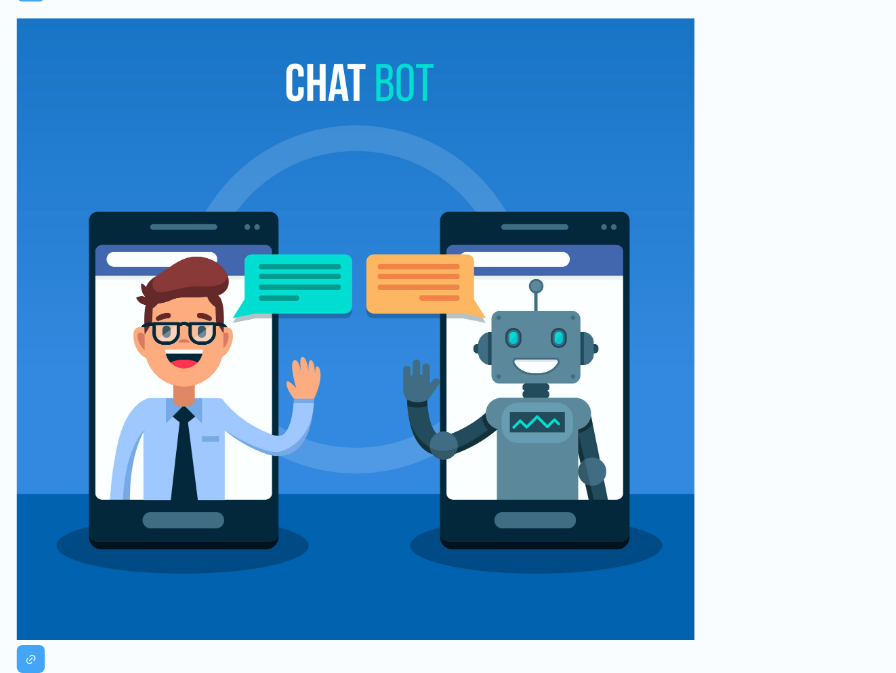
Repository: Kaii-Dev/Porfolio
Page: index.html
The author's editor kept a copy of each file at every save. The page is drawn from the files as they stood at one save, then again after the next save.
The browser window is 1280 px wide. The pictures show the part of the page from y = 3346 to 5266 px (the page is 4307 px tall before and 5266 px after), at 70% of full size.
A picture or video elsewhere on the page could not be fetched, so the positions and the page height are approximate. Some web libraries are served in a nearby version.

Above is the page before, as saved 2022-04-12 16:21:16.

After the next save:
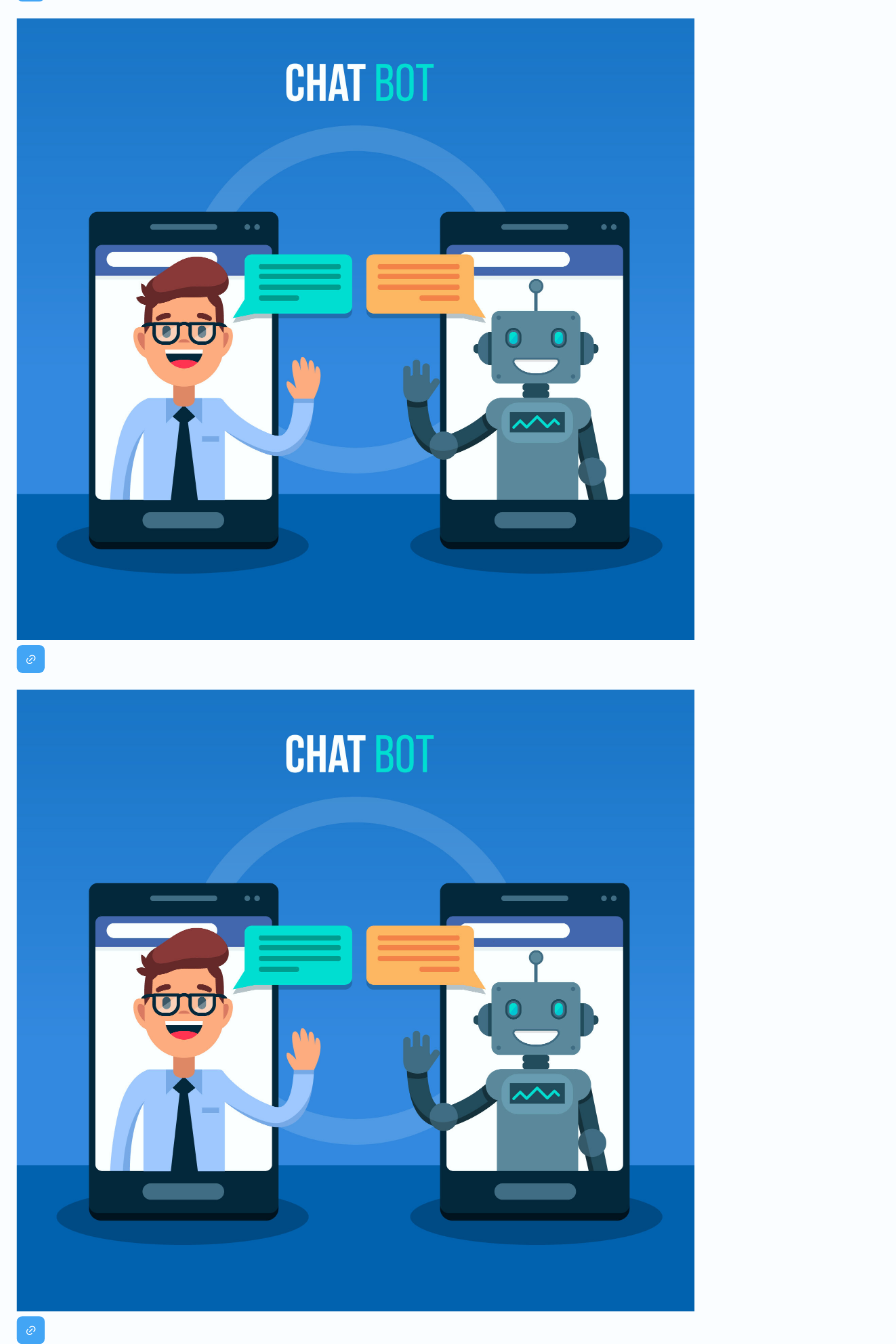
Saved 4 s later.
--- a/index.html
+++ b/index.html
@@ -114,52 +114,63 @@
             <article>
               <img src="./Assets/img/pic1.jpeg" alt="" class="projects__img" />
               <div class="projects__modal">
-                 <div class="">
-                    <span class="projects__subtitle"></span>
-                    <h3 class="projects__title"></h3>
-                    <a href="" class="projects__button button button__small">
-                     <i class="ri-link"></i>
-                    </a>
-                 </div>
+                <div class="">
+                  <span class="projects__subtitle"></span>
+                  <h3 class="projects__title"></h3>
+                  <a href="" class="projects__button button button__small">
+                    <i class="ri-link"></i>
+                  </a>
+                </div>
               </div>
             </article>
             <article>
               <img src="./Assets/img/pic1.jpeg" alt="" class="projects__img" />
               <div class="projects__modal">
-                 <div class="">
-                    <span class="projects__subtitle"></span>
-                    <h3 class="projects__title"></h3>
-                    <a href="" class="projects__button button button__small">
-                     <i class="ri-link"></i>
-                    </a>
-                 </div>
+                <div class="">
+                  <span class="projects__subtitle"></span>
+                  <h3 class="projects__title"></h3>
+                  <a href="" class="projects__button button button__small">
+                    <i class="ri-link"></i>
+                  </a>
+                </div>
               </div>
             </article>
             <article>
               <img src="./Assets/img/pic1.jpeg" alt="" class="projects__img" />
               <div class="projects__modal">
-                 <div class="">
-                    <span class="projects__subtitle"></span>
-                    <h3 class="projects__title"></h3>
-                    <a href="" class="projects__button button button__small">
-                     <i class="ri-link"></i>
-                    </a>
-                 </div>
+                <div class="">
+                  <span class="projects__subtitle"></span>
+                  <h3 class="projects__title"></h3>
+                  <a href="" class="projects__button button button__small">
+                    <i class="ri-link"></i>
+                  </a>
+                </div>
               </div>
             </article>
             <article>
               <img src="./Assets/img/pic1.jpeg" alt="" class="projects__img" />
               <div class="projects__modal">
-                 <div class="">
-                    <span class="projects__subtitle"></span>
-                    <h3 class="projects__title"></h3>
-                    <a href="" class="projects__button button button__small">
-                     <i class="ri-link"></i>
-                    </a>
-                 </div>
+                <div class="">
+                  <span class="projects__subtitle"></span>
+                  <h3 class="projects__title"></h3>
+                  <a href="" class="projects__button button button__small">
+                    <i class="ri-link"></i>
+                  </a>
+                </div>
               </div>
             </article>
-
+            <article>
+              <img src="./Assets/img/pic1.jpeg" alt="" class="projects__img" />
+              <div class="projects__modal">
+                <div class="">
+                  <span class="projects__subtitle"></span>
+                  <h3 class="projects__title"></h3>
+                  <a href="" class="projects__button button button__small">
+                    <i class="ri-link"></i>
+                  </a>
+                </div>
+              </div>
+            </article>
           </div>
           <!-- SKILLS -->
           <div class="skills__content grid" data-content id="skills"></div>
